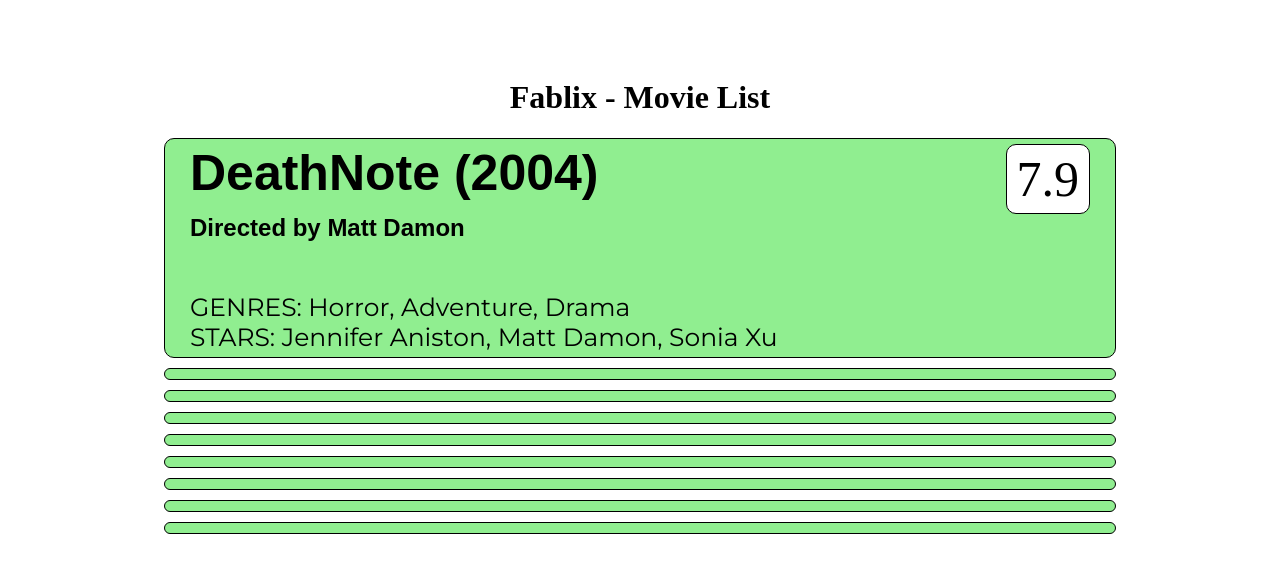
Repository: csumphan/fablix
Page: http://localhost/Project1/
An editor plug-in stored every save of this project. The page is shown before and after the next save, followed by the edit.
The browser window is 1280 px wide. The pictures show the whole page.
Some web fonts or font styles are not loaded; a fallback is used. The page is served by Tomcat 9. Nobody is signed in. The application's start-up code is not run. Other server files are loaded and not shown.

Above is the page before, as saved 2018-01-23 00:29:27.

### Project1/WebContent/index.html
<!DOCTYPE html>
<html>
<head>
<meta charset="UTF-8">
<title>Insert title here</title>
<link href="https://fonts.googleapis.com/css?family=Libre+Franklin|Montserrat|Play|Roboto+Condensed" rel="stylesheet">
<link type="text/css" href="styles.css" rel="stylesheet"/>
</head>
<body>
	<h1>Fablix - Movie List</h1>
	<div id="movie-list-container">
		<div class="movie-item">
			<div class="header-container">
				<h1>DeathNote <span>(2004)</span></h1>
				<div class="rating">7.9</div>
			</div>
			<div class="sub-header-container">
				<h2>Directed by Matt Damon</h2>
			</div>
			<div class="info-container">
				<div class="genres-container">
					GENRES:
					<span class="genres-list">Horror, Adventure, Drama</span>
				</div>
				<div class="stars-container">
					STARS: <span class="stars-list">Jennifer Aniston, Matt Damon, Sonia Xu</span>
				</div>
			</div>
		</div>
		<div class="movie-item"></div>
		<div class="movie-item"></div>
		<div class="movie-item"></div>
		<div class="movie-item"></div>
		<div class="movie-item"></div>
		<div class="movie-item"></div>
		<div class="movie-item"></div>
		<div class="movie-item"></div>
	</div>
</body>
</html>

### Project1/WebContent/styles.css
body {
	padding: 50px;
	display: flex;
	justify-content: center;
	align-items: center;
	flex-direction: column;
	background-color: white;
}
#movie-list-container {
	width: 1000px;
	display: flex;
	justify-content: center;
	align-items: center;
	flex-direction: column;
}

.movie-item {
	width: 900px;
	border-radius: 10px;
	border: 1px solid black;
	background-color: lightgreen;
	margin-bottom: 10px;
	padding: 5px 25px;
}

.header-container {
	display: flex;
	justify-content: space-between;
}

.header-container > h1 {
	font-family: 'Play', sans-serif;
	margin: 0px;
	font-size: 50px;
}

.sub-header-container > h2 {
	font-family: 'Libre Franklin', sans-serif;
	margin: 0px;
}

.info-container {
	font-family: 'Montserrat', sans-serif;
	font-size: 25px;
	margin-top: 50px;
	display: flex;
	flex-direction: column;
}

.rating {
	font-size: 50px;
	border: 1px solid black;
	padding: 5px 10px;
	border-radius: 10px;
	background-color: white;
}

.genres-container {
	width: 100%;
}

.genres-list {
	font-family: 'Montserrat', sans-serif;
}


.stars-container {
	width: 100%;
}

.stars-list {
	font-family: 'Montserrat', sans-serif;
}

After the next save:
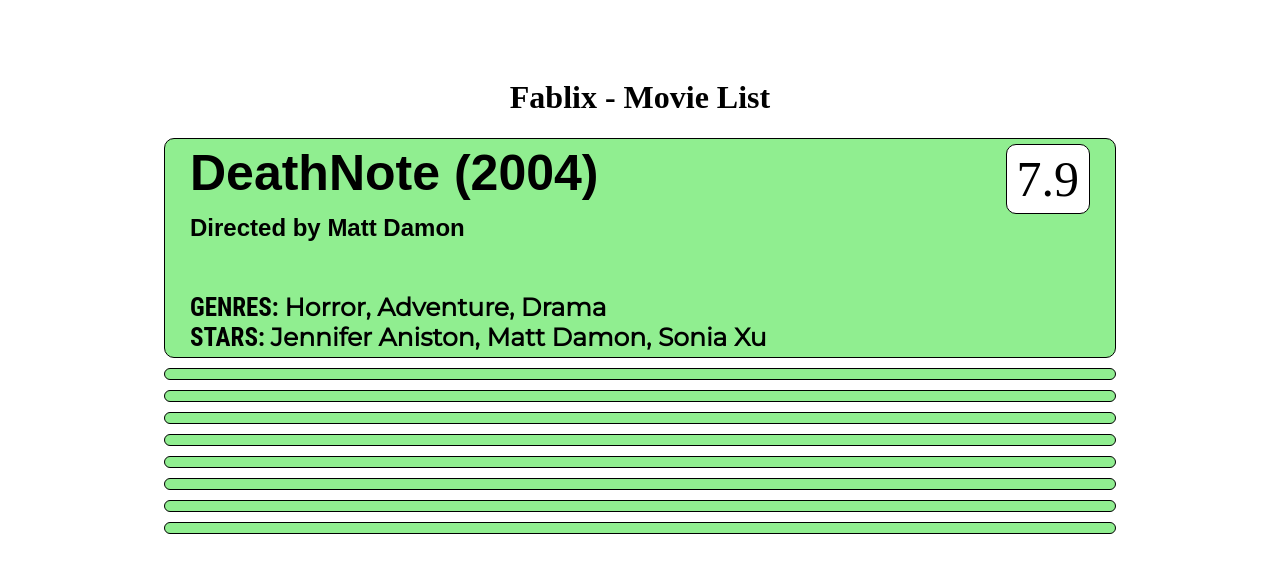
Saved 14 s later.
--- a/Project1/WebContent/styles.css
+++ b/Project1/WebContent/styles.css
@@ -40,11 +40,12 @@
 }
 
 .info-container {
-	font-family: 'Montserrat', sans-serif;
+	font-family: 'Roboto Condensed', sans-serif;
 	font-size: 25px;
 	margin-top: 50px;
 	display: flex;
 	flex-direction: column;
+	font-weight: bold;
 }
 
 .rating {
